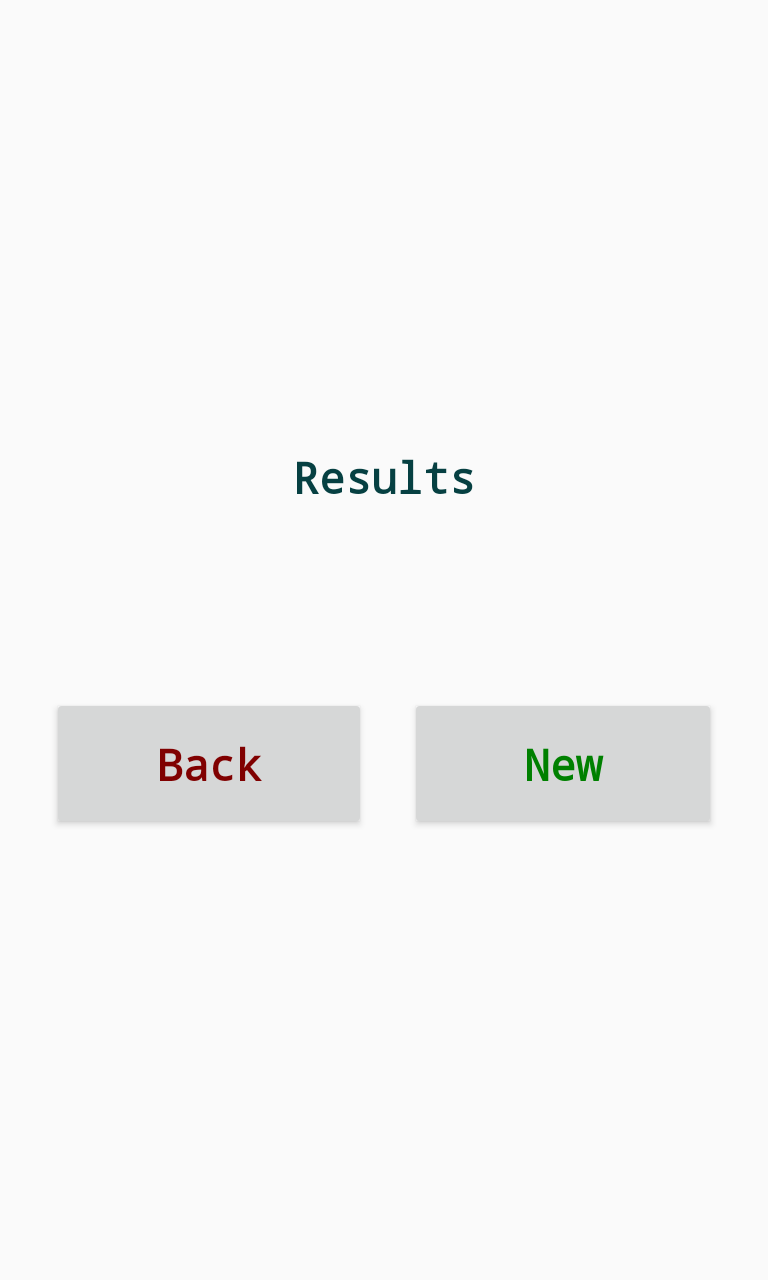
Repository: rontejada1991/Combinations-and-Permutations-Android-App
Layout: combinations/res/layout/activity_result.xml
These files come from the project's save history. The layout is drawn as it stood at one moment and after the next save; the edit follows.
It is drawn on a 768 x 1280 px phone screen (xhdpi) without system bars, with theme AppTheme; the app's code is not run.

Above is the layout before, as saved 2014-11-07 21:41:48.

After the next save:
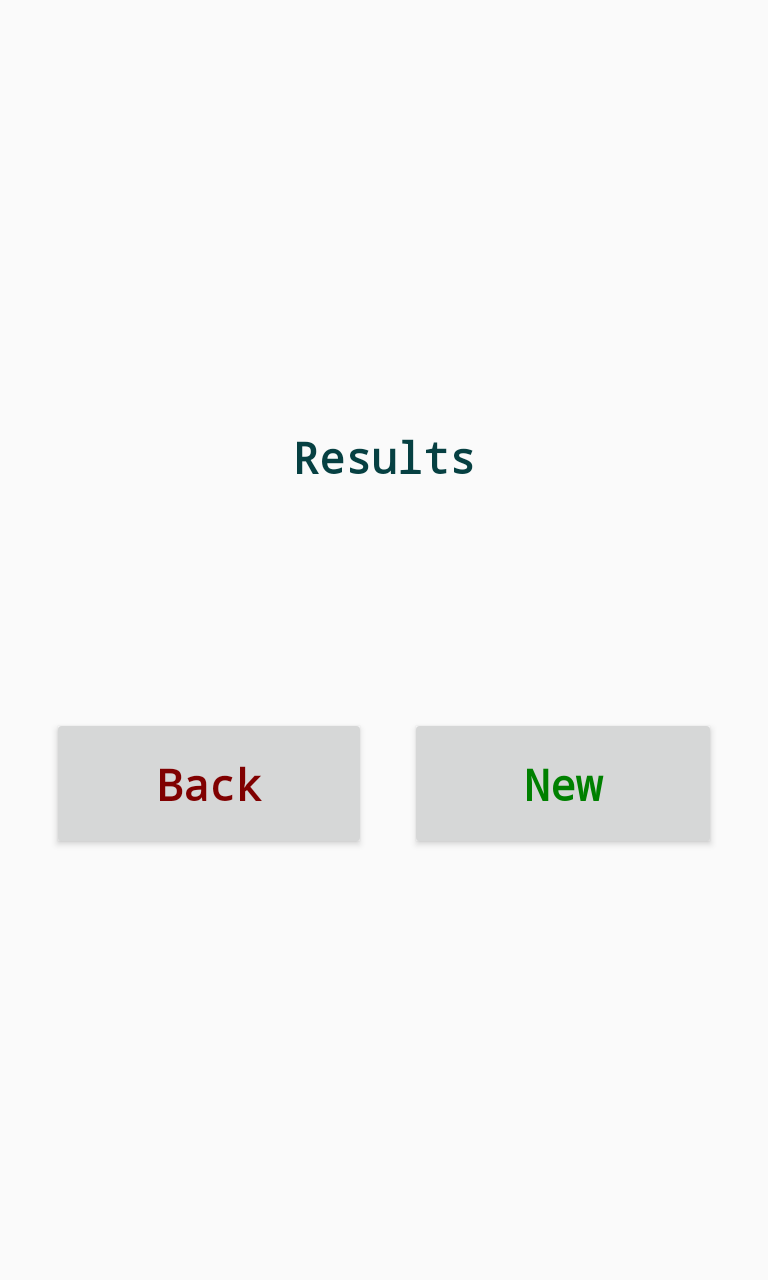
Saved 4 min 21 s later.
--- a/combinations/res/layout/activity_result.xml
+++ b/combinations/res/layout/activity_result.xml
@@ -22,7 +22,8 @@
 
     <ScrollView
 	    android:layout_width="fill_parent"
-	    android:layout_height="wrap_content" >
+	    android:layout_height="wrap_content"
+	    android:layout_marginBottom="20dp" >
 
     	<TextView
 	        android:id="@+id/tv_result"
